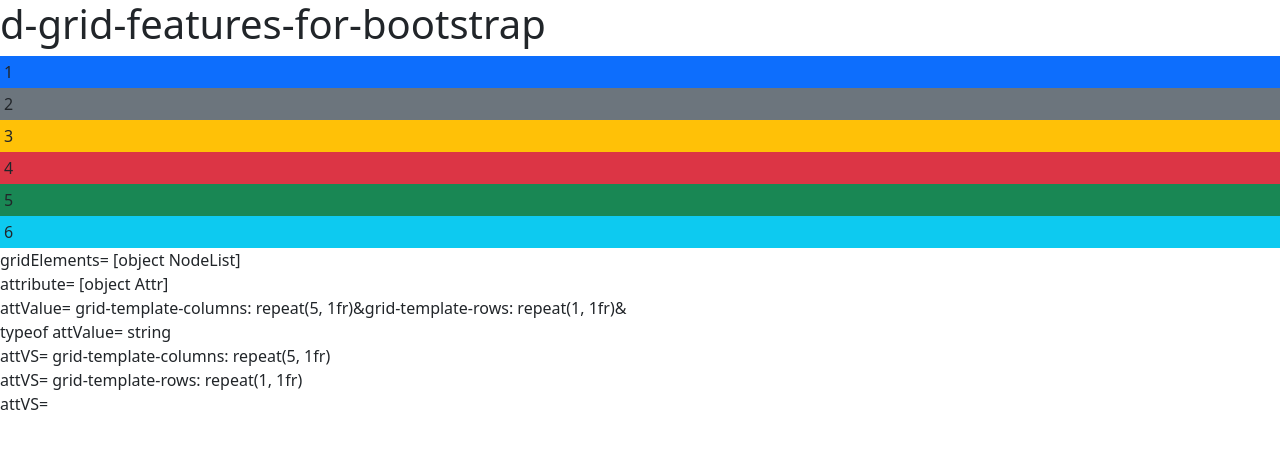
Repository: LynxPardelle/d-grid-features-for-bootstrap
Page: index.html
An editor plug-in stored every save of this project. The page is shown before and after the next save, followed by the edit.
The browser window is 1280 px wide. The pictures show the whole page.

Above is the page before, as saved 2021-10-20 04:06:11.

After the next save:
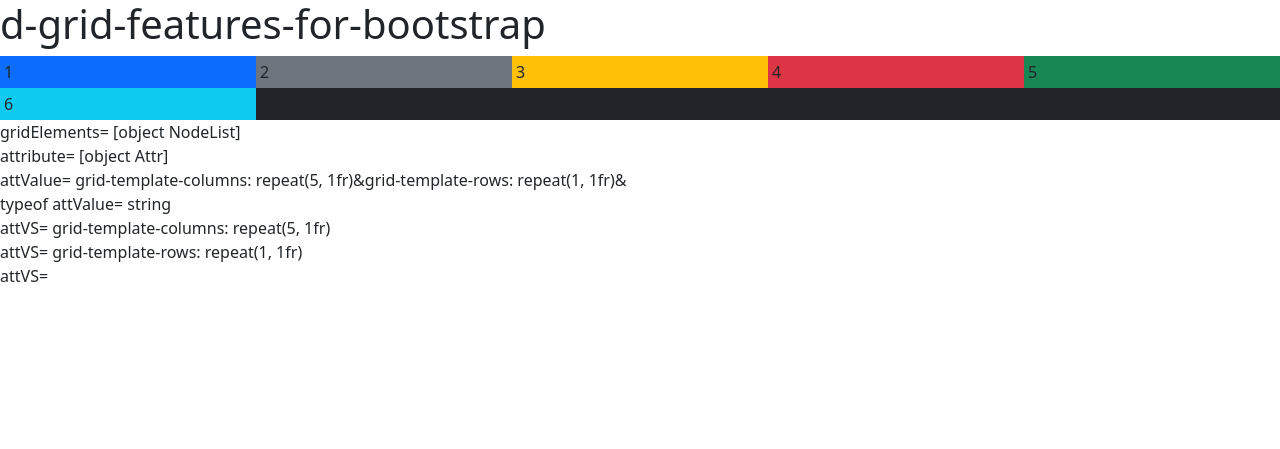
Saved 3 min 46 s later.
--- a/d-grid.js
+++ b/d-grid.js
@@ -17,15 +17,17 @@
       console.log(attValue);
       document.getElementById("console").innerHTML +=
         "attValue= " + attValue + "<br/>";
-        console.log(typeof attValue);
+      console.log(typeof attValue);
       document.getElementById("console").innerHTML +=
         "typeof attValue= " + typeof attValue + "<br/>";
 
-      let attVAs = attValue.split('&');
-      for(let attVS of attVAs){
+      let attVAs = attValue.split("&");
+      for (let attVS of attVAs) {
         console.log(attVS);
-      document.getElementById("console").innerHTML +=
-        "attVS= " + attVS + "<br/>";
+        document.getElementById("console").innerHTML +=
+          "attVS= " + attVS + "<br/>";
+          gridElement.style.cssText += attVS +';';
+
       }
     }
   }

After the save that followed:
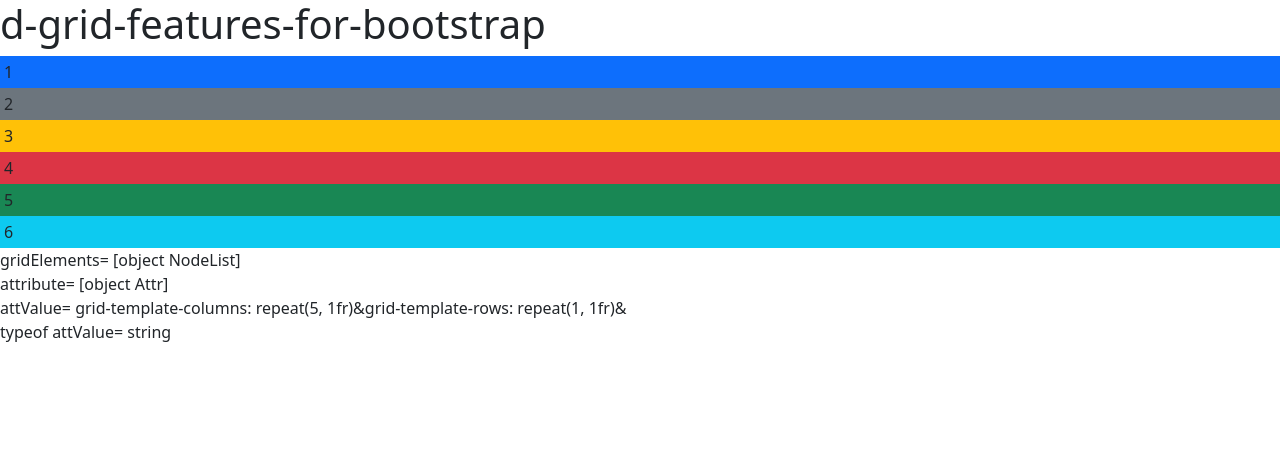
Saved 71 s later.
--- a/d-grid.js
+++ b/d-grid.js
@@ -21,14 +21,7 @@
       document.getElementById("console").innerHTML +=
         "typeof attValue= " + typeof attValue + "<br/>";
 
-      let attVAs = attValue.split("&");
-      for (let attVS of attVAs) {
-        console.log(attVS);
-        document.getElementById("console").innerHTML +=
-          "attVS= " + attVS + "<br/>";
-          gridElement.style.cssText += attVS +';';
-
-      }
+      gridElement.style.cssText += attValue;
     }
   }
 }
